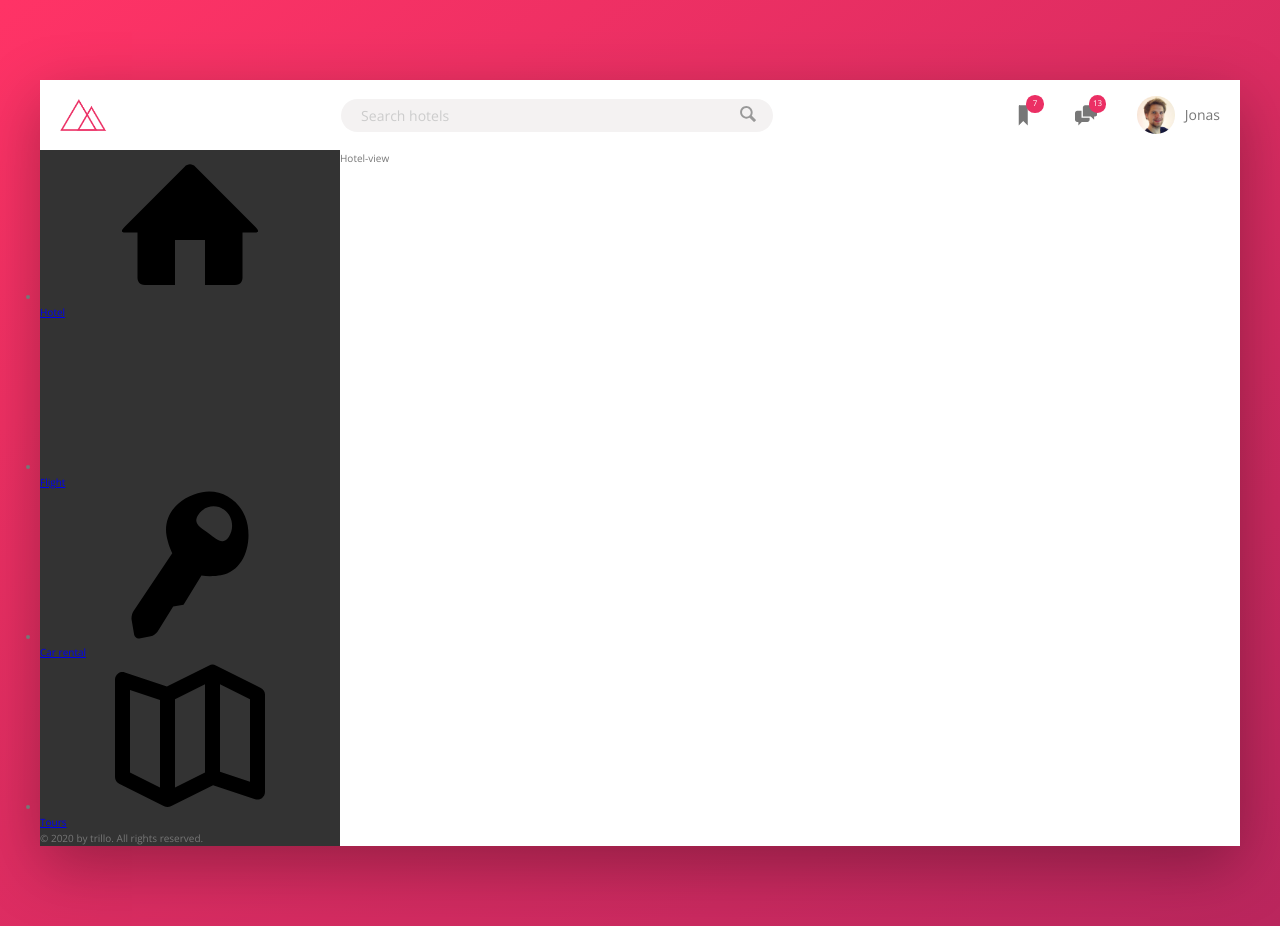
Repository: Lithium87/Trillo
Page: index.html
These files come from the project's save history. The page is drawn as it stood at one moment and after the next save; the edit follows.
The browser window is 1280 px wide. The pictures show the whole page.
The style sheet was rebuilt from its Sass, Less or Tailwind sources for each picture, by a compiler version that may differ from the author's.

Above is the page before, as saved 2020-05-15 23:50:18.

### index.html
<!DOCTYPE html>
<html lang="en">

<head>
    <meta charset="UTF-8">
    <meta name="viewport" content="width=device-width, initial-scale=1.0">

    <link href="https://fonts.googleapis.com/css?family=Open+Sans:300,400,600" rel="stylesheet">
    <link rel="stylesheet" href="css/style.css">
    <link rel="shortcut icon" type="image/png" href="img/favicon.png">

    <title>trillo &mdash; Your all-in-one booking app</title>
</head>

<body>
    <div class="container">
        <header class="header">
            <img src="img/logo.png" alt="Trillo logo" class="logo">
            <form action="#" class="search">
                <input type="text" class="search__input" placeholder="Search hotels">
                <button class="search__button">
                    <svg class="search__icon">
                        <use xlink:href="img/sprite.svg#icon-magnifying-glass"></use>
                    </svg>
                </button>
            </form>

            <nav class="user-nav">
                <div class="user-nav__icon-box">
                    <svg class="user-nav__icon">
                        <use xlink:href="img/sprite.svg#icon-bookmark"></use>
                    </svg>
                    <span class="user-nav__notification">7</span>
                </div>
                <div class="user-nav__icon-box">
                    <svg class="user-nav__icon">
                        <use xlink:href="img/sprite.svg#icon-chat"></use>
                    </svg>
                    <span class="user-nav__notification">13</span>
                </div>
                <div class="user-nav__user">
                    <img src="img/user.jpg" alt="User photo" class="user-nav__user-photo">
                    <span class="user-nav__user-name">Jonas</span>
                </div>
            </nav>
        </header>
        <div class="content">
            <nav class="sidebar">
                <ul class="side-nav">
                    <li class="side-nav__item">
                        <a href="#" class="side-nav__link">
                            <svg class="side-nav__icon">
                                <use xlink:href="img/stripe.svg#icon-home"></use>
                            </svg>
                            <span>Hotel</span>
                        </a>
                    </li>
                    <li class="side-nav__item">
                        <a href="#" class="side-nav__link">
                            <svg class="side-nav__icon">
                                <use xlink:href="img/stripe.svg#icon-aircraft-take-off"></use>
                            </svg>
                            <span>Flight</span>
                        </a>
                    </li>
                    <li class="side-nav__item">
                        <a href="#" class="side-nav__link">
                            <svg class="side-nav__icon">
                                <use xlink:href="img/stripe.svg#icon-key"></use>
                            </svg>
                            <span>Car rental</span>
                        </a>
                    </li>
                    <li class="side-nav__item">
                        <a href="#" class="side-nav__link">
                            <svg class="side-nav__icon">
                                <use xlink:href="img/stripe.svg#icon-map"></use>
                            </svg>
                            <span>Tours</span>
                        </a>
                    </li>
                </ul>
                <div class="legal">
                    &copy; 2020 by trillo. All rights reserved.
                </div>
            </nav>
            <main class="hotel-view">
                Hotel-view
            </main>
        </div>
    </div>
</body>

</html>

### sass/_base.scss
:root {
    --color-primary: #eb2f64;
    --color-primary-light: #FF3366;
    --color-primary-dark: #BA265D;
    --color-grey-light-1: #faf9f9;
    --color-grey-light-2: #f4f2f2;
    --color-grey-light-3: #f0eeee;
    --color-grey-light-4: #ccc;
    --color-grey-dark-1: #333;
    --color-grey-dark-2: #777;
    --color-grey-dark-3: #999;
    --shadow-dark: 0 2rem 6rem rgba(0, 0, 0, .3);
}

* {
    margin: 0;
    padding: 0;
}

*,
*::before,
*::after {
    box-sizing: inherit;
}

html {
    box-sizing: border-box;
    font-size: 62.5%; // 1rem = 10px
}

body {
    font-family: 'Open Sans', sans-serif;
    font-weight: 400;
    line-height: 1.6;
    color: var(--color-grey-dark-2);
    background-image: linear-gradient(to right bottom, var(--color-primary-light), var(--color-primary-dark));
    background-size: cover;
    background-repeat: no-repeat;
    min-height: 100vh;
}

### sass/_layout.scss
.container {
    max-width: 120rem;
    margin: 8rem auto;
    background-color: var(--color-grey-light-1);
    box-shadow: var(--shadow-dark);
    min-height: 50rem;
}

.header {
    font-size: 1.4rem;
    height: 7rem;
    background-color: #fff;
    border-bottom: var(--color-grey-light-2);
    display: flex;
    justify-content: space-between;
    align-items: center;
}

.content {
    display: flex;
}

.sidebar {
    background-color: var(--color-grey-dark-1);
    flex: 0 0 18%;
}

.hotel-view {
    background-color: #fff;
    flex: 1;
}

### sass/_components.scss
///////////////////////
//LOGO
.logo {
    height: 3.25rem;
    margin-left: 2rem;
}

///////////////////////
//SEARCH BOX
.search {
    flex: 0 0 40%;
    display: flex;
    align-items: center;
    justify-content: center;
    &__input {
        font-family: inherit;
        font-size: inherit;
        color: inherit;
        background-color: var(--color-grey-light-2);
        border: none;
        padding: .7rem 2rem;
        border-radius: 100px;
        width: 90%;
        transition: all .2s;
        margin-right: -3.5rem;
        &:focus {
            outline: none;
            width: 100%;
            background-color: var(--color-grey-light-3);
        }
        &::-webkit-input-placeholder {
            font-weight: 100;
            color: var(--color-grey-light-4);
        }
    }
    &__input:focus+&__button {
        background-color: var(--color-grey-light-3);
    }
    &__button {
        border: none;
        background-color: var(--color-grey-light-2);
        &:focus {
            outline: none;
        }
        &:active {
            transform: translateY(2px);
        }
    }
    &__icon {
        height: 2rem;
        width: 2rem;
        fill: var(--color-grey-dark-3);
    }
}

///////////////////////
//USER NAVIGATION
.user-nav {
    align-self: stretch;
    display: flex;
    align-items: center;
    &>* {
        padding: 0 2rem;
        cursor: pointer;
        height: 100%;
        display: flex;
        align-items: center;
    }
    &>*:hover {
        background-color: var(--color-grey-light-2);
    }
    &__icon-box {
        position: relative;
    }
    &__icon {
        height: 2.25rem;
        width: 2.25rem;
        fill: var(--color-grey-dark-2);
    }
    &__notification {
        font-size: .8rem;
        height: 1.75rem;
        width: 1.75rem;
        border-radius: 50%;
        background-color: var(--color-primary);
        color: #fff;
        position: absolute;
        top: 1.5rem;
        right: 1.1rem;
        display: flex;
        justify-content: center;
        align-items: center;
    }
    &__user-photo {
        height: 3.75rem;
        border-radius: 50%;
        margin-right: 1rem;
    }
}

Loaded but not shown: sass/main.scss (common file)

After the next save:
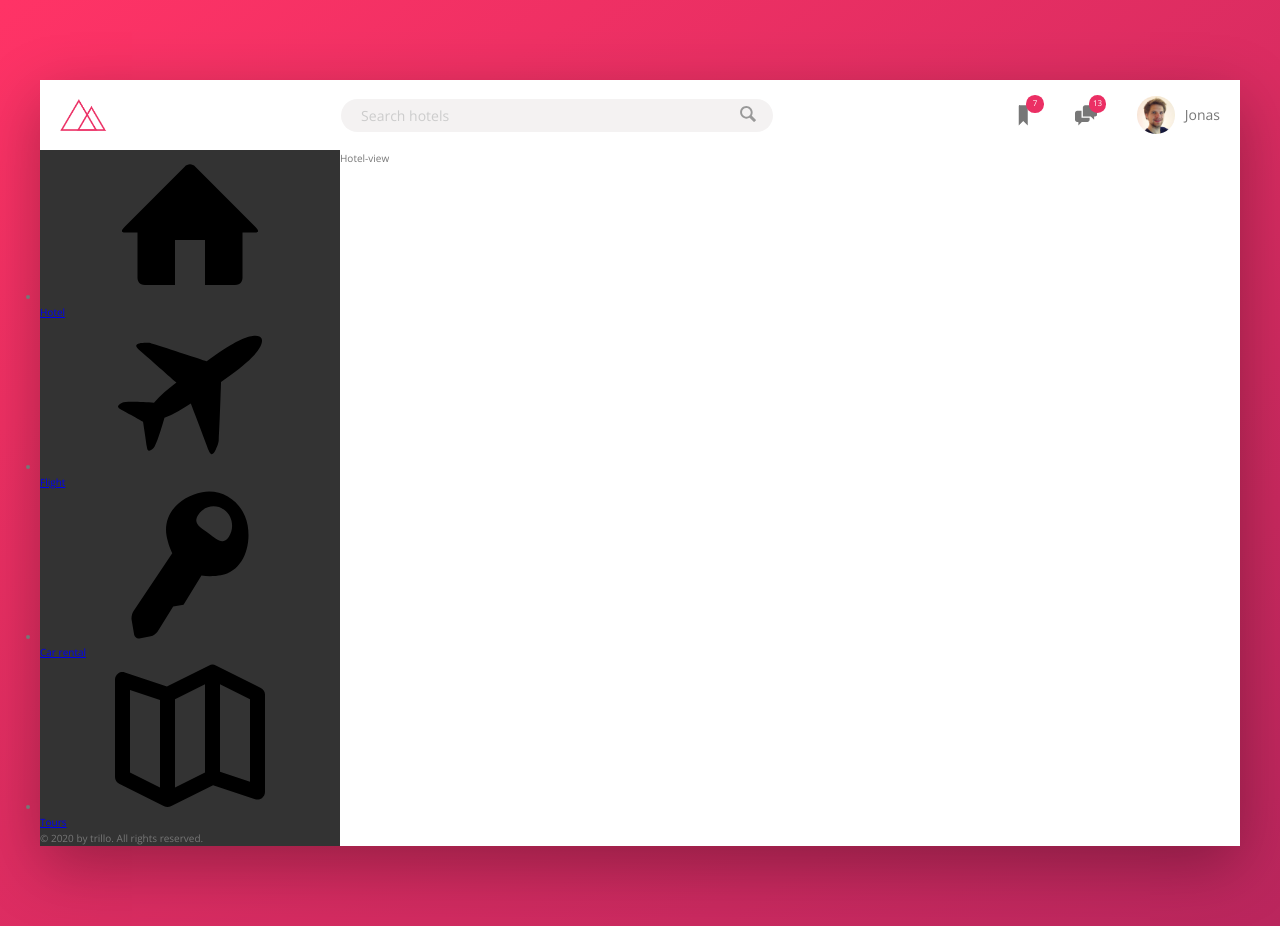
Saved 32 s later.
--- a/index.html
+++ b/index.html
@@ -58,7 +58,7 @@
                     <li class="side-nav__item">
                         <a href="#" class="side-nav__link">
                             <svg class="side-nav__icon">
-                                <use xlink:href="img/stripe.svg#icon-aircraft-take-off"></use>
+                                <use xlink:href="img/stripe.svg#icon-aircraft"></use>
                             </svg>
                             <span>Flight</span>
                         </a>
